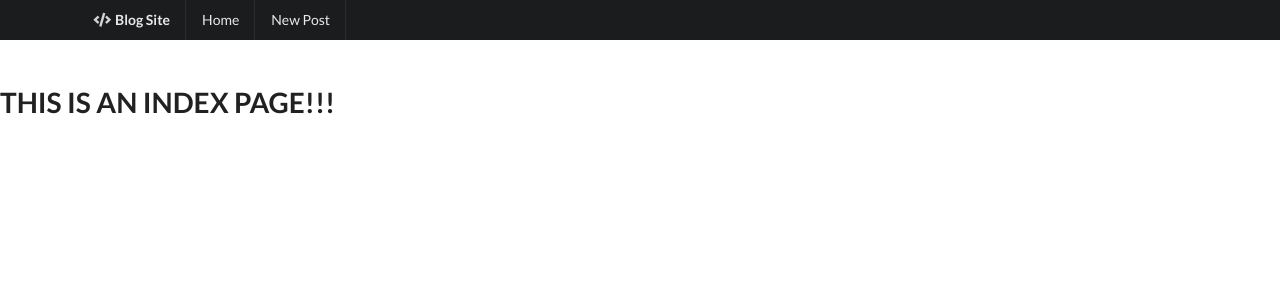
Repository: abedhtiwari14/Cloud-9
Page: http://localhost/blogs
The author's editor kept a record of every edit. The page is drawn from the files as they stood at one moment, then again after the next edit.
The browser window is 1280 px wide. The pictures show the whole page.
Some web libraries are served in a nearby version. The page is served by the project's Node server (RESTful Routing/RESTfulBlogApp/app.js). Queries for data that is not in the repository find no rows.

Above is the page before.

### RESTful Routing/RESTfulBlogApp/views/index.ejs
<% include partials/header %>
<br><br><br>
<h1>THIS IS AN INDEX PAGE!!!</h1>

<% blogs.forEach(function(blog){ %>
    <div>
        <h2><%=blog.title %></h2>
        <img src="<%= blog.image %>"  >
        <span><%= blog.created %></span>
        <p><%= blog.body.substring(0, 100) %>....</p>
        <a href="/blogs/<%= blog._id %>">Read More</a>
    </div>
<%  }) %>

<% include partials/footer %>

### RESTful Routing/RESTfulBlogApp/views/partials/header.ejs
<html>
    <head>
        <title>Blog App</title>
        <link rel="stylesheet" href="https://cdnjs.cloudflare.com/ajax/libs/semantic-ui/2.3.1/semantic.min.css">
    </head>
    <body>
        <div class="ui inverted fixed menu">
            <div class="ui container">
                <div class="header item"><i class="code icon"></i>Blog Site</div>
                <a href="/" class="item">Home</a>
                <a href="/blogs/new" class="item">New Post</a>
            </div>
        </div>

### RESTful Routing/RESTfulBlogApp/views/partials/footer.ejs


</body>
</html>

### RESTful Routing/RESTfulBlogApp/app.js
var bodyParser = require("body-parser"),
methodOverride =  require("method-override"),
    expressSanitizer = require("express-sanitizer"),
    mongoose = require("mongoose"),
    express = require("express"),
    app = express();

    mongoose.connect("mongodb://localhost/restful_blog_app");
    app.set("view engine", "ejs");
    app.use(express.static("public"));
    app.use(bodyParser.urlencoded({extended:true}));
    app.use(expressSanitizer());
    app.use(methodOverride("_method"));


    //Mongoose //Mode Config
    var blogSchema = new mongoose.Schema({
       title:String,
       image: String,
       body: String,
       created:{type:Date, default:Date.now}
    });
    var Blog = mongoose.model("Blog", blogSchema);


    //RESTful Routes
    app.get("/",function(req, res){
       res.redirect("/blogs");
    });

    //INDEX ROUTE
    app.get("/blogs", function(req,res){
            Blog.find({},function(err, blogs){
               if(err)
               {
                   console.log("ERROR!!!");
               }else{
                   res.render("index",{blogs:blogs});
               }
        });
    });

    //NEW ROUTE
    app.get("/blogs/new", function(req, res){
       res.render("new");
    });

    //Create Route
    app.post("/blogs", function(req,res){
        //Sanitize the user input
        req.body.blog.body = req.sanitize(req.body.blog.body);
            //User Input Sanitized
            Blog.create(req.body.blog, function(err, newBlog){
               if(err)
               {
                   res.render("new");
               }else{
                   //Redirect to the INDEX
                   res.redirect("/blogs");
               }
        });
    });

    //SHOW ROUTE
    app.get("/blogs/:id",function(req, res) {
        Blog.findById(req.params.id,function(err, foundBlog){
            if(err){
                res.redirect("/blogs");
            }else{
                res.render("show", {blog: foundBlog});
            }
        })
    });

    //EDIT ROUTE
    app.get("/blogs/:id/edit", function(req, res) {
       Blog.findById(req.params.id, function(err, foundBlog){
           if(err){
               res.redirect("/blogs");
           }else{
               res.render("edit", {blog: foundBlog});
           }
       });
    });

    //UPDATE ROUTE
    app.put("/blogs/:id", function(req, res){
        req.body.blog.body = req.sanitize(req.body.blog.body);
       Blog.findByIdAndUpdate(req.params.id, req.body.blog, function(err, updatedBlog){
          if(err){
              res.redirect("/blogs");
          } else{
              res.redirect("/blogs/" + req.params.id);
          }
       });
    });

    //DELETE ROUTE
  app.delete("/blogs/:id", function(req, res){
      // delete blog
      Blog.findByIdAndRemove(req.params.id, function(err){
         if(err){
             console.log('error!!!', err)
             res.redirect("/blogs");
         } else{
             console.log('success!!!')
             res.redirect("/blogs");
         }
      });
      //redirect somewhere
  })

    app.listen(process.env.PORT,process.env.IP, function(){
       console.log("Server is running");
    });

### RESTful Routing/RESTfulBlogApp/public/stylesheets/app.css

i.code.icon{
    font-size: 2em;
}

.container.main{
    margin-top: 7em;
}

#delete{
    display: inline;
}

After the next edit:
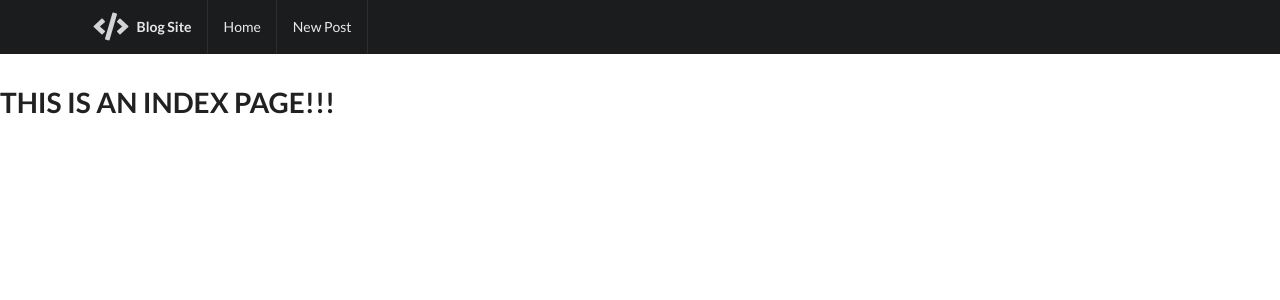
The edit:
--- a/RESTful Routing/RESTfulBlogApp/views/partials/header.ejs
+++ b/RESTful Routing/RESTfulBlogApp/views/partials/header.ejs
@@ -2,6 +2,7 @@
     <head>
         <title>Blog App</title>
         <link rel="stylesheet" href="https://cdnjs.cloudflare.com/ajax/libs/semantic-ui/2.3.1/semantic.min.css">
+        <link rel="stylesheet" href="/stylesheets/app.css">
     </head>
     <body>
         <div class="ui inverted fixed menu">
